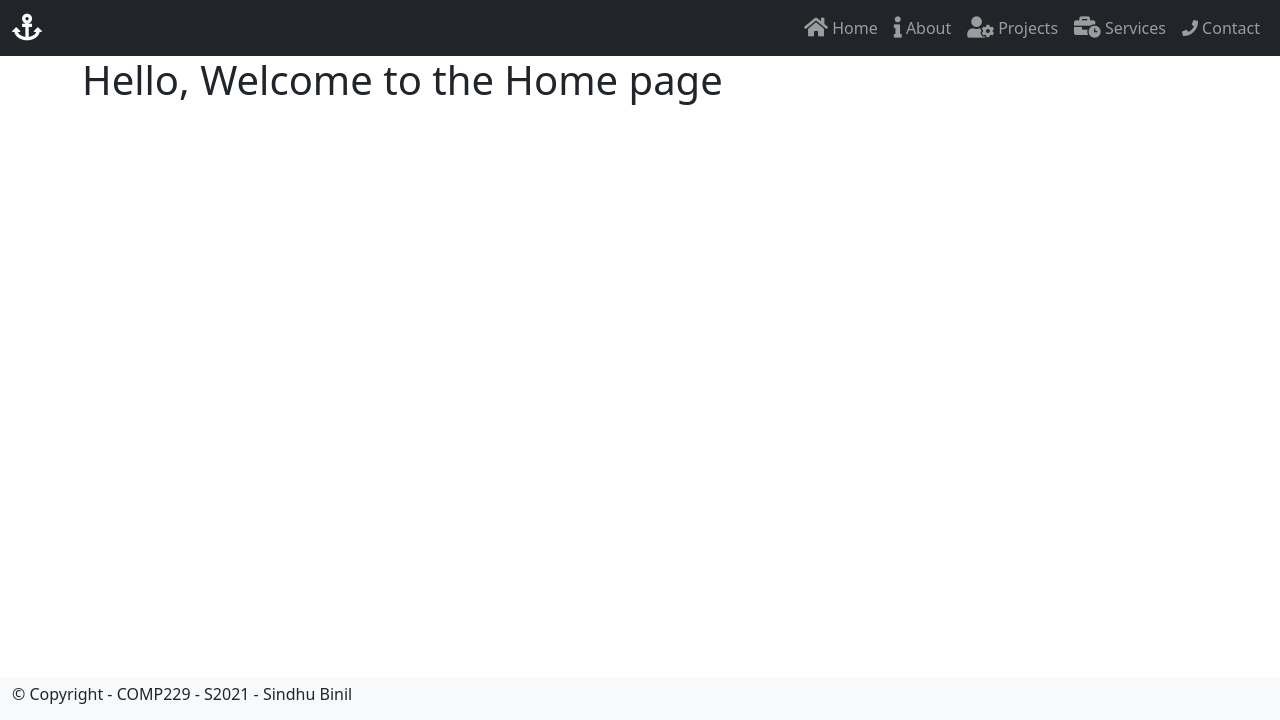
Repository: Ann8002/COMP229-PORTFOLIO-A1
Page: http://localhost/
An editor plug-in stored every save of this project. The page is shown before and after the next save, followed by the edit.
The browser window is 1280 px wide. The pictures show the whole page.
The page is served by the project's Node server (index.js).

Above is the page before, as saved 2021-10-02 18:50:57.

After the next save:
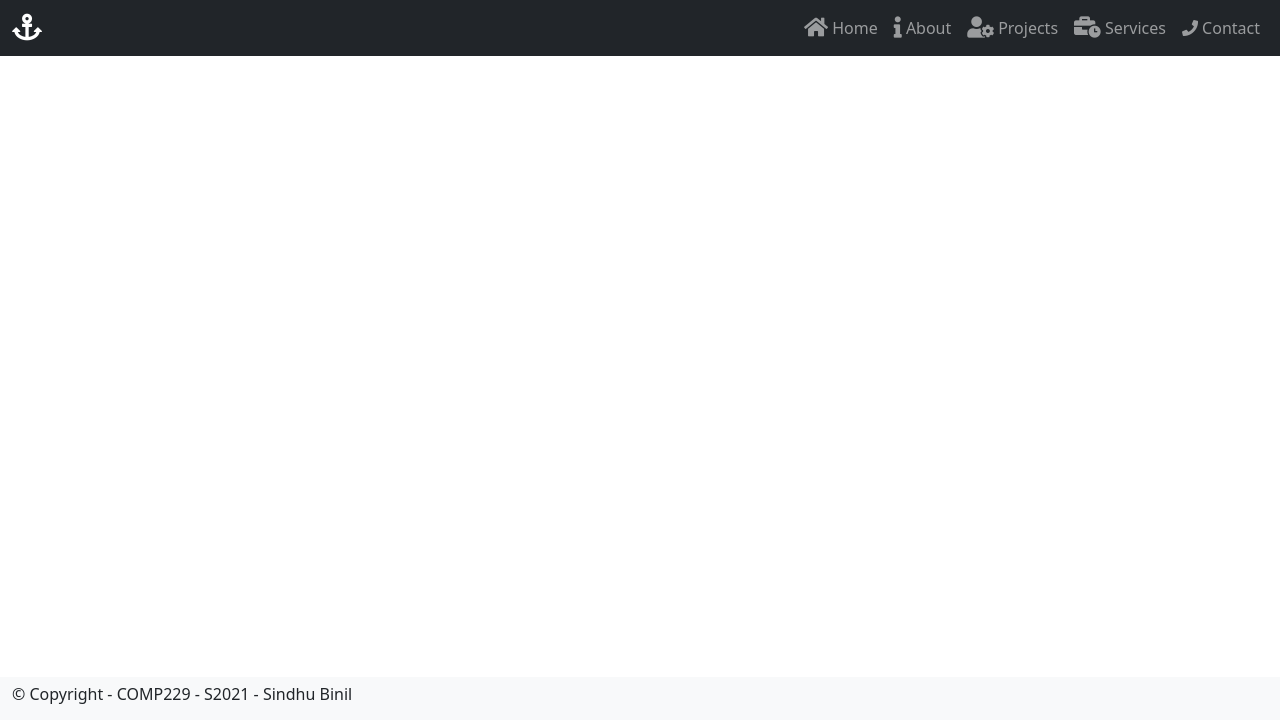
Saved 30 s later.
--- a/views/index.ejs
+++ b/views/index.ejs
@@ -16,10 +16,7 @@
     <%- include('./components/header.ejs') %>
   </header>
 
- <div class="container">
-  <h1>Hello, Welcome to the <%= title %> page</h1>
 
- </div>
 
  <!-- Bottom Nav -->
 
